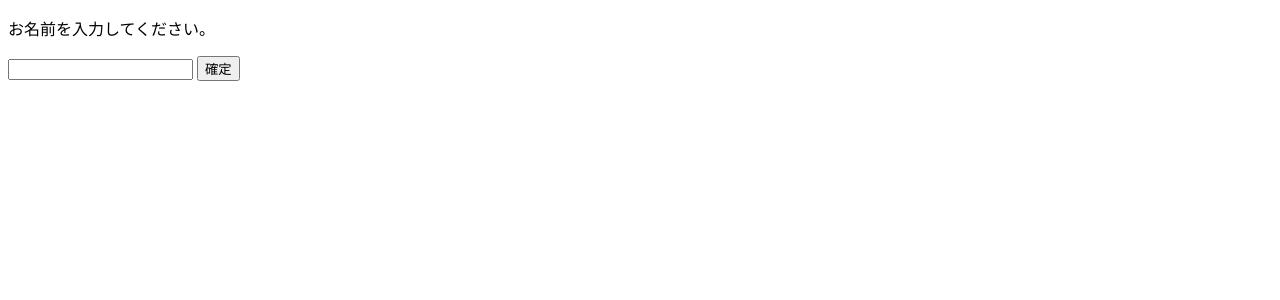
Repository: Rush-light/backup
Page: http://localhost/HellloJSP/
An editor plug-in stored every save of this project. The page is shown before and after the next save, followed by the edit.
The browser window is 1280 px wide. The pictures show the whole page.
The page is served by Tomcat 9.

Above is the page before, as saved 2018-02-05 11:02:10.

### HellloJSP/WebContent/index.jsp
<%@ page language="java" contentType="text/html; charset=UTF-8"
    pageEncoding="UTF-8"%>
<!DOCTYPE html PUBLIC "-//W3C//DTD HTML 4.01 Transitional//EN" "http://www.w3.org/TR/html4/loose.dtd">
<html>
<head>
<meta http-equiv="Content-Type" content="text/html; charset=UTF-8">
<title>TEST</title>
</head>
<body>

<p>お名前を入力してください。</p>

<form method="post" action="greeting-out,jsp">
<input type="text" name="user">
<input type="submit" value="確定">

</form>


</body>
</html>

After the next save:
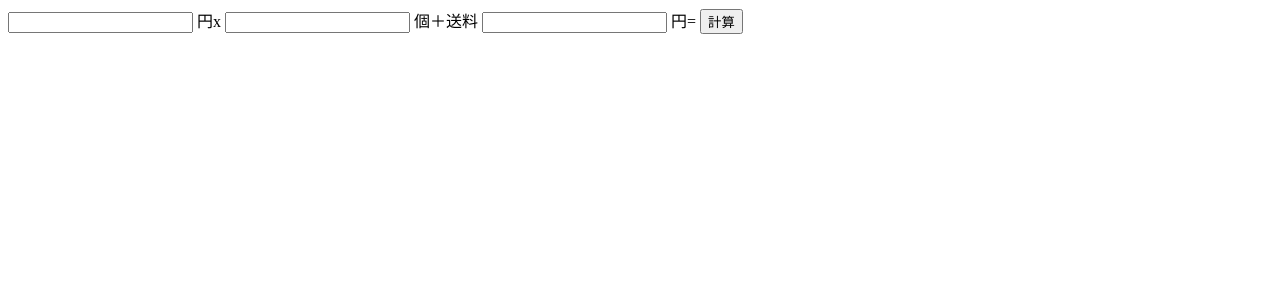
Saved 6 s later.
--- a/HellloJSP/WebContent/index.jsp
+++ b/HellloJSP/WebContent/index.jsp
@@ -8,11 +8,16 @@
 </head>
 <body>
 
-<p>お名前を入力してください。</p>
+<form method="post" action="total-out.jsp">
+<input type="text" name="price">
+円x
 
-<form method="post" action="greeting-out,jsp">
-<input type="text" name="user">
-<input type="submit" value="確定">
+<input type="text" name="count">
+個＋送料
+
+<input type="text" name="delivery">
+円=
+<input type="submit" value="計算">
 
 </form>
 
